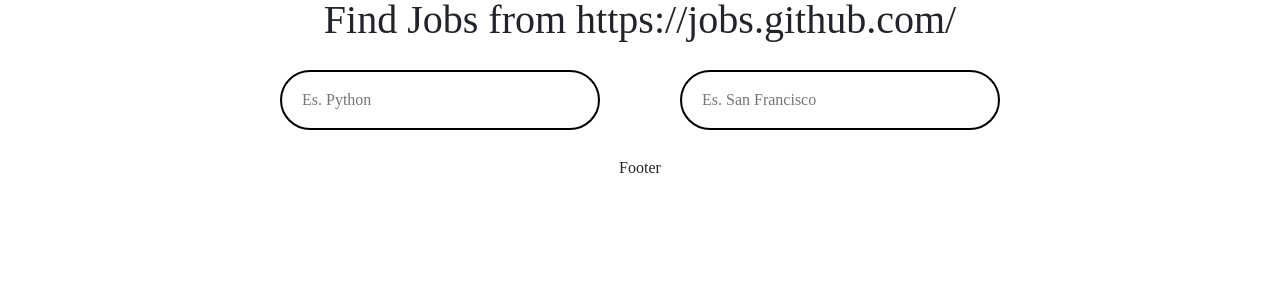
Repository: sokafootball/job-finder
Page: /
These files come from the project's save history. The page is drawn as it stood at one moment and after the next save; the edit follows.
The browser window is 1280 px wide. The pictures show the whole page.
The page's requests for data from a server got no answer. The project was rebuilt for these pictures with package versions that can differ from the ones it lists, and the page was loaded fresh each time. No one was signed in, and anything a server would have sent is missing. Also part of the build but not shown: src/components/Footer/Footer.css, src/components/JobCard/JobCard.css, src/components/JobCard/JobCard.js.

Above is the page before, as saved 2020-10-22 16:51:48.

After the next save:
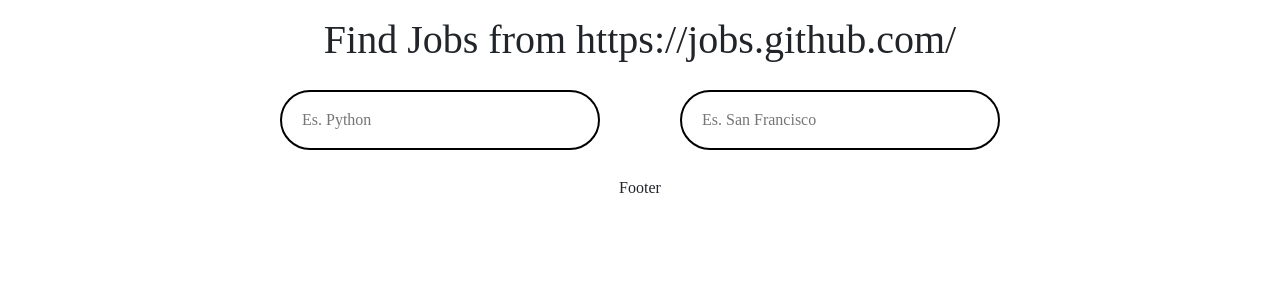
Saved 18 s later.
--- a/src/components/App/App.css
+++ b/src/components/App/App.css
@@ -38,7 +38,8 @@
 }
 
 #main-div{
+  align-items: center;
   display: flex;
   flex-direction: column;
-  align-items: center;
+  margin-top: 20px;
 }
